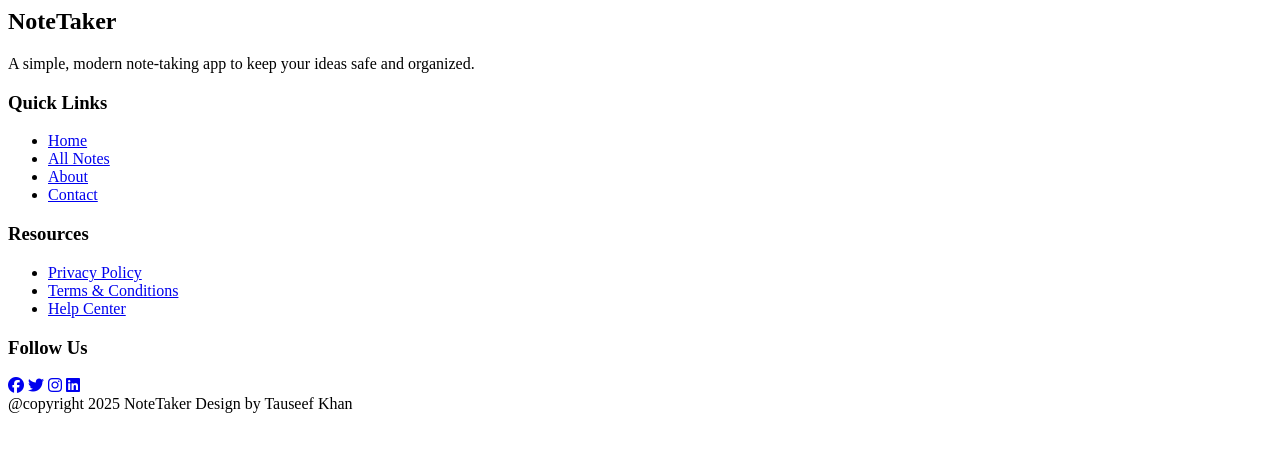
Repository: tauseefthedeveloper/ContactManagementSystem
Page: http://localhost/NoteTaker/footer.jsp
The author's editor kept a copy of each file at every save. The page is drawn from the files as they stood at one save, then again after the next save.
The browser window is 1280 px wide. The pictures show the whole page.
Some web libraries are served in a nearby version. The page is served by Tomcat 9.

Above is the page before, as saved 2025-08-28 13:35:59.

After the next save:
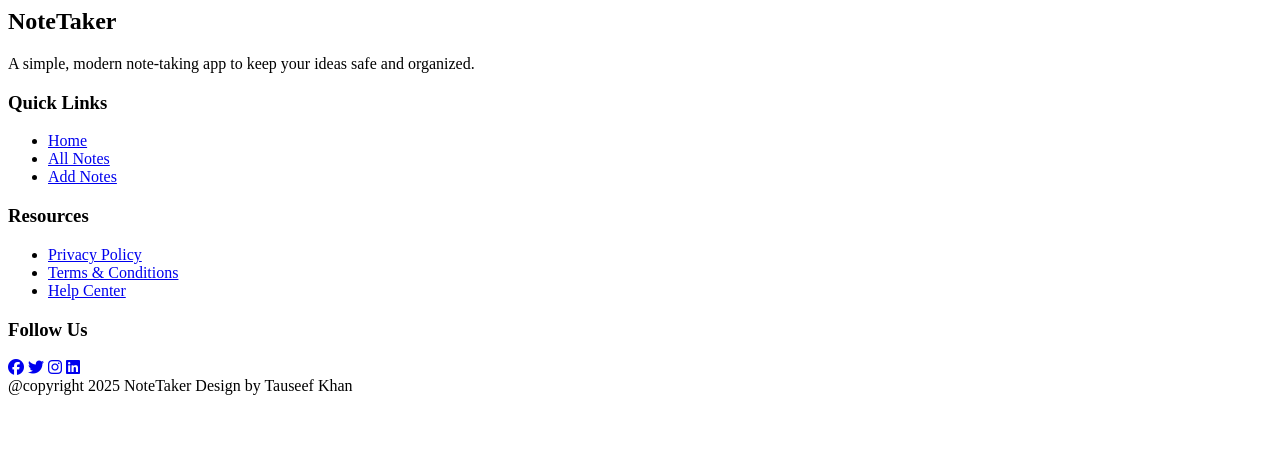
Saved 45 s later.
--- a/NoteTaker/src/main/webapp/footer.jsp
+++ b/NoteTaker/src/main/webapp/footer.jsp
@@ -17,10 +17,8 @@
 					class="text-gray-600 hover:text-blue-600">Home</a></li>
 				<li><a href="allNotes.jsp"
 					class="text-gray-600 hover:text-blue-600">All Notes</a></li>
-				<li><a href="about.jsp"
-					class="text-gray-600 hover:text-blue-600">About</a></li>
-				<li><a href="contact.jsp"
-					class="text-gray-600 hover:text-blue-600">Contact</a></li>
+				<li><a href="addNotes.jsp"
+					class="text-gray-600 hover:text-blue-600">Add Notes</a></li>
 			</ul>
 		</div>
 
